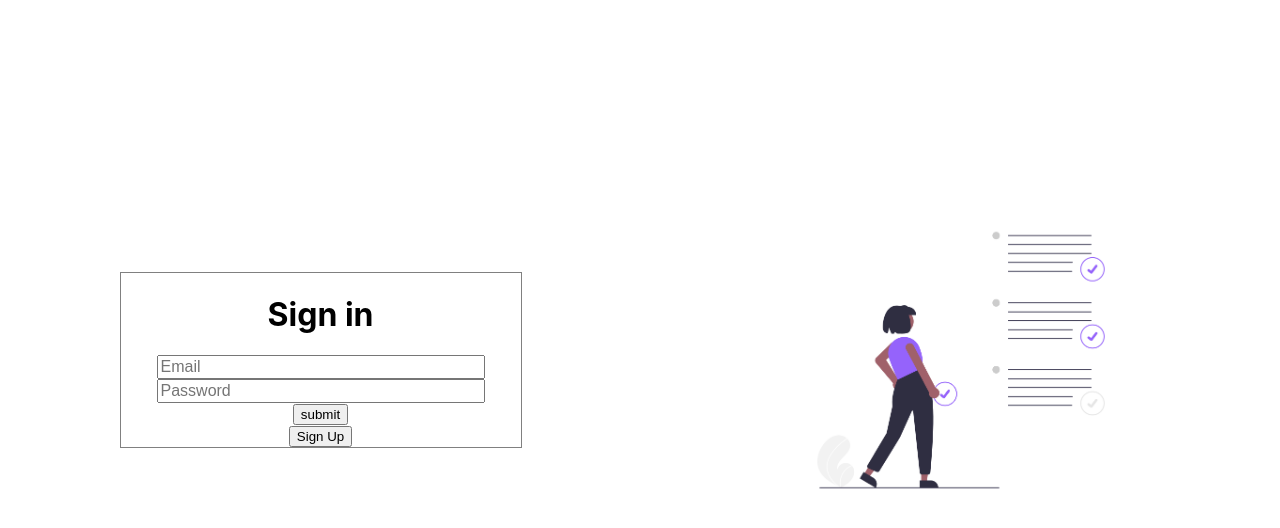
Repository: EEOOOO/wanted-pre-onboarding-fe
Page: / (app in to-do-list-app/)
The author's editor kept a copy of each file at every save. The page is drawn from the files as they stood at one save, then again after the next save.
The browser window is 1280 px wide. The pictures show the whole page.
The project was rebuilt for these pictures with package versions that can differ from the ones it lists, and the page was loaded fresh each time. Also part of the build but not shown: to-do-list-app/src/components/sign_in/sign_in.module.css, to-do-list-app/src/components/sign_up/sign_up.module.css, to-do-list-app/src/components/sign_up/sign_up.jsx, to-do-list-app/src/components/todoList/todo_list.jsx.

Above is the page before, as saved 2022-08-22 00:05:55.

### to-do-list-app/public/index.html
<!DOCTYPE html>
<html lang="en">
  <head>
    <meta charset="utf-8" />
    <link rel="icon" href="%PUBLIC_URL%/logo.png" />
    <meta name="viewport" content="width=device-width, initial-scale=1" />
    <meta name="theme-color" content="#000000" />
    <meta
      name="description"
      content="Web site created using create-react-app"
    />
    <link rel="apple-touch-icon" href="%PUBLIC_URL%/logo.png" />
    <link rel="manifest" href="%PUBLIC_URL%/manifest.json" />
    <title>Todo List App</title>
  </head>
  <body>
    <div id="root"></div>
  </body>
</html>

### to-do-list-app/src/App.js
import style from './app.module.css';
import { Routes, Route } from 'react-router-dom'
import Login from './components/login/login';
import TodoList from './components/todoList/todo_list';

function App() {
  return <div className={style.App}>
    <Routes>
      <Route path="/" element={<Login/>}></Route>
      <Route path="todo" element={<TodoList/>}></Route>
    </Routes>
  </div>
}

export default App;

### to-do-list-app/src/components/login/login.jsx
import React, { useState } from 'react';
import SignIn from '../sign_in/sign_in';
import SignUp from '../sign_up/sign_up';
import style from '../login/login.module.css';
import loginImage from '../login/login_img.png';

const Login = (props) => {
    const goTosignUp = () => {
        setViewableScreen(<SignUp/>)
    }
    const signIn = <SignIn goToSignUp={goTosignUp}/>
    let [viewableScreen, setViewableScreen] = useState(signIn);
    return (
        <div className={style.login}>
            <div className={style.inputContainer}>{viewableScreen}</div>
            <img src={loginImage} className={style.coverImage}/>
        </div>
    )
}

export default Login;

### to-do-list-app/src/components/sign_in/sign_in.jsx
import React from 'react';
import LoginInputForm from '../login_input_form/login_input_form';
import style from '../sign_in/sign_in.module.css'

const SignIn = ({goToSignUp}) => {
    const handleSignInSubmit = (event) => {
        //event.preventDefault();
        console.log(event);
    }
    return(
        <div className={style.signIn}>
            <h1>Sign in</h1>
            <LoginInputForm handleSubmit={handleSignInSubmit}/>
            <button className={style.signUp} onClick={goToSignUp}>Sign Up</button>
        </div>
    )
}

export default SignIn;

### to-do-list-app/src/components/login/login.module.css
.login {
  display: flex;
  height: 100vh;
  justify-content: space-around;
  align-items: center;
}
.inputContainer {
  width: 50%;
  border: 1px solid gray;
  min-width: 235px;
  max-width: 400px;
}
.coverImage {
  width: 50%;
  min-width: 235px;
  max-width: 400px;
}

### to-do-list-app/src/components/login_input_form/login_input_form.jsx
import React from 'react';
import style from '../login_input_form/login_input_form.module.css';
const LoginInputForm = ({handleSubmit}) => {
    return (
    <form className={style.inputForm} onSubmit={handleSubmit}>
        <div className={style.email}>
            <input
            type="text"
            className={style.inputEmail}
            placeholder='Email'></input>
        </div>
        <div className={style.password}>
            <input
            type="text"
            className={style.inputPassWord}
            placeholder='Password'></input>
        </div>
        <button type="submit" className={style.submitButton}>submit</button>
    </form>
    );
};

export default LoginInputForm;

### to-do-list-app/src/components/login_input_form/login_input_form.module.css
.email,
.password {
  display: flex;
  flex-direction: column;
  align-items: center;
}
input {
  width: 80%;
  font-size: 1rem;
}

Loaded but not shown: to-do-list-app/src/index.js (common file); to-do-list-app/src/index.css (common file); to-do-list-app/src/reportWebVitals.js (common file); to-do-list-app/src/app.module.css (common file); to-do-list-app/src/components/sign_in/sign_in.module.css (no copy from this time; the picture is the same without it)

After the next save:
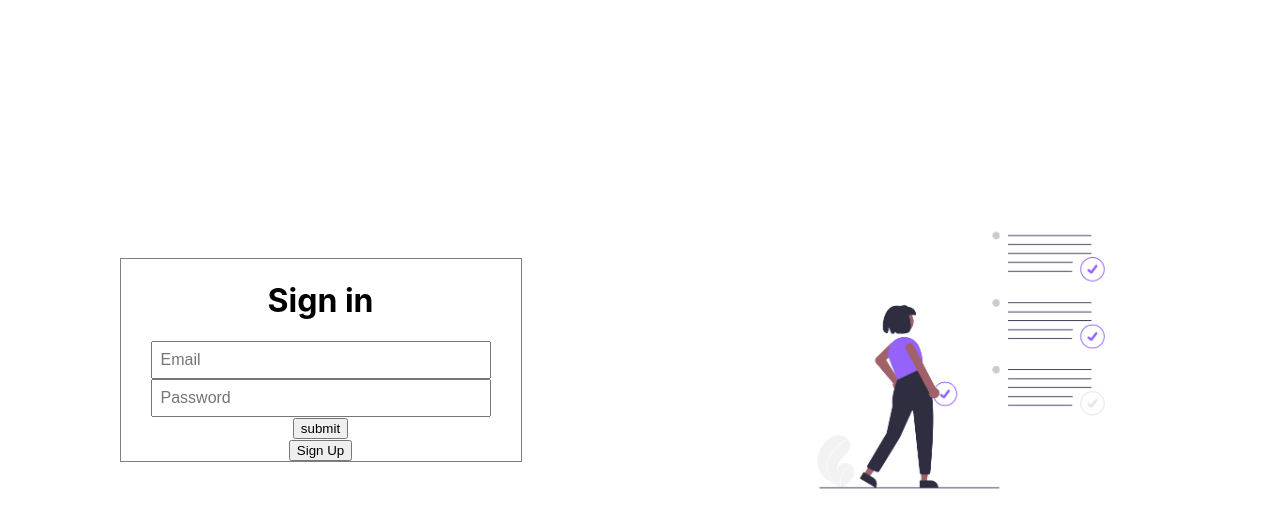
Saved 5 s later.
--- a/to-do-list-app/src/components/login_input_form/login_input_form.module.css
+++ b/to-do-list-app/src/components/login_input_form/login_input_form.module.css
@@ -7,4 +7,5 @@
 input {
   width: 80%;
   font-size: 1rem;
+  padding: 0.5rem;
 }
